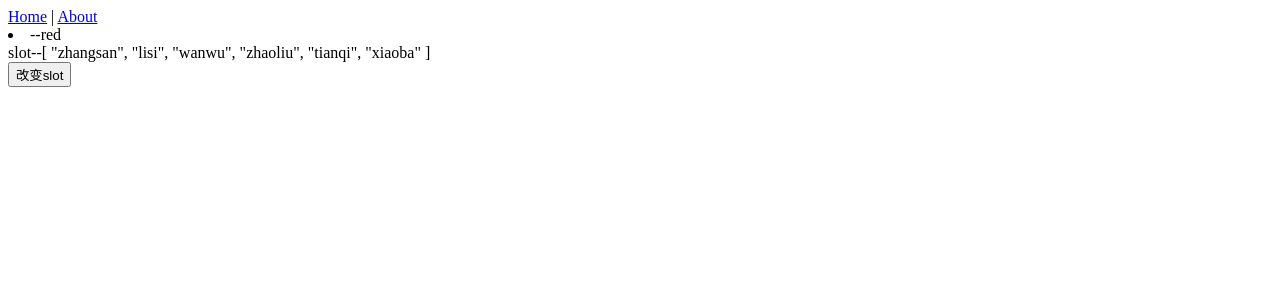
Repository: 572031690/newvue
Page: / (app in newdemo/)
The author's editor kept a copy of each file at every save. The page is drawn from the files as they stood at one save, then again after the next save.
The browser window is 1280 px wide. The pictures show the whole page.
The project was rebuilt for these pictures with package versions that can differ from the ones it lists, and the page was loaded fresh each time. Also part of the build but not shown: newdemo/vue.config.js.

Above is the page before, as saved 2021-07-30 18:47:22.

### newdemo/src/App.vue
<template>
  <div id="app">
    <div id="nav">
      <router-link to="/">Home</router-link> |
      <router-link to="/about">About</router-link>
    </div>
    <router-view/>
  </div>
</template>

<style>

</style>

### newdemo/src/views/Home.vue
<template>
  <div class="home">
    <HelloWorld :color="dataColor">
      <div slot="app" slot-scope="user">slot--{{user.data}}</div>
       <!-- <template slot-scope="user">
        <div class="tmpl">
          <span v-for="item in user.data">{{item}}</span>
        </div>
      </template> -->
    </HelloWorld>
  </div>
</template>

<script>
// @ is an alias to /src
import HelloWorld from '@/components/HelloWorld.vue'

export default {

  name: 'Home',
  components: {
    HelloWorld
  },
  data(){
    return {
      dataColor:'red',
      p:'123',
    slotName:'dddddd'

    }
  },
  mounted () {
  }
}
</script>

### newdemo/src/components/HelloWorld.vue
<template>
  <div class="hello">
    <li>
        --{{$attrs.color}}
        <slot name="app" :data="data1"></slot>
        <button @click="changeSlot">改变slot</button>
        <!-- // 作用域插槽 -->
        <!-- <slot :data="data"></slot> -->
    </li>
  </div>
</template>

<script>
export default {
  name: 'HelloWorld',
  props: {
    msg: String,
    slotName:'dddddd',

  },
  methods: {
    changeSlot() {console.log('123');}

  },
  data() {
    return {
      data1: ['zhangsan','lisi','wanwu','zhaoliu','tianqi','xiaoba']
    }
  },
  mounted () {
    console.log(this.$attrs);
  }
}
</script>

<style scoped>

</style>

Loaded but not shown: newdemo/public/index.html (common file); newdemo/src/main.js (common file); newdemo/src/router/index.js (common file); newdemo/src/store/index.js (common file)

After the next save:
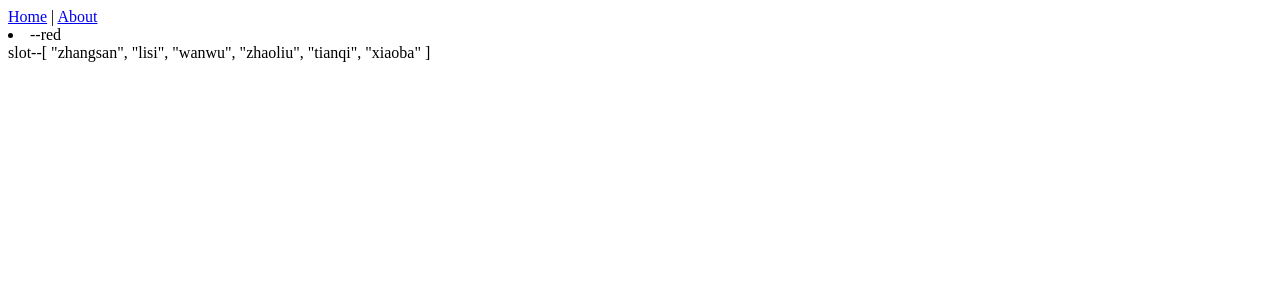
Saved 58 s later.
--- a/newdemo/src/components/HelloWorld.vue
+++ b/newdemo/src/components/HelloWorld.vue
@@ -3,9 +3,7 @@
     <li>
         --{{$attrs.color}}
         <slot name="app" :data="data1"></slot>
-        <button @click="changeSlot">改变slot</button>
-        <!-- // 作用域插槽 -->
-        <!-- <slot :data="data"></slot> -->
+
     </li>
   </div>
 </template>
